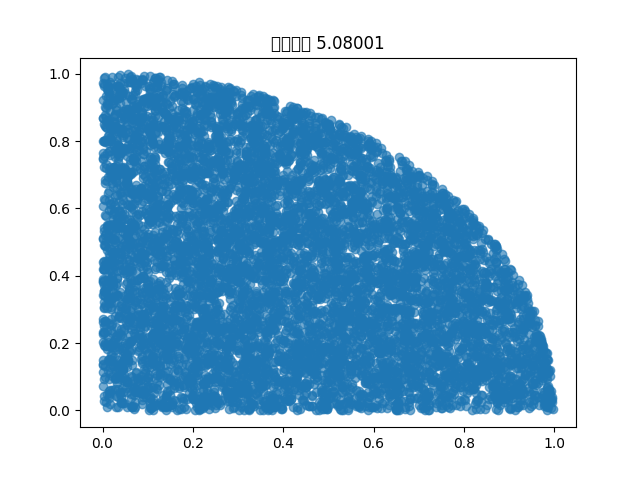
Repository: Nordenbox/Nordenbox_Python_Fundmental
Script's output: python Python_test.py
The author's editor kept a copy of each file at every save. The script's output is drawn from the files as they stood at one save, then again after the next save.
Random numbers start from a fixed seed.

Above is the script's output before, as saved 2021-01-03 20:51:40.

After the next save:
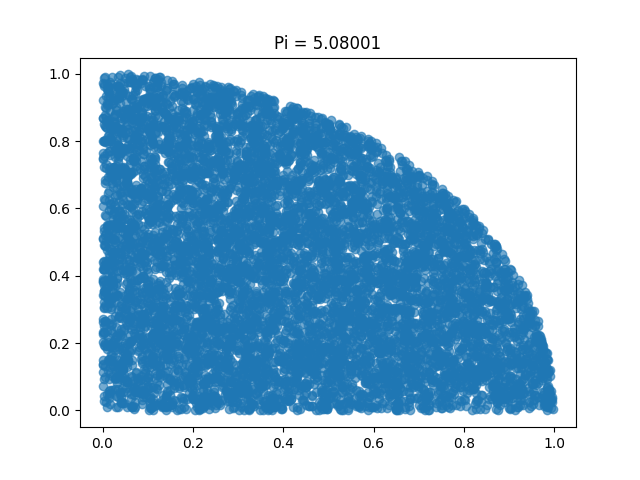
Saved 23 s later.
--- a/Python_test.py
+++ b/Python_test.py
@@ -14,5 +14,5 @@ for i in range(10000):
         s+=1
 
 plt.scatter(x,y,alpha = 0.62)
-plt.title('圆周率为 {:.7}'.format(4*(s+len(x))/len(x)))
+plt.title('Pi = {:.7}'.format(4*(s+len(x))/len(x)))
 plt.show()
